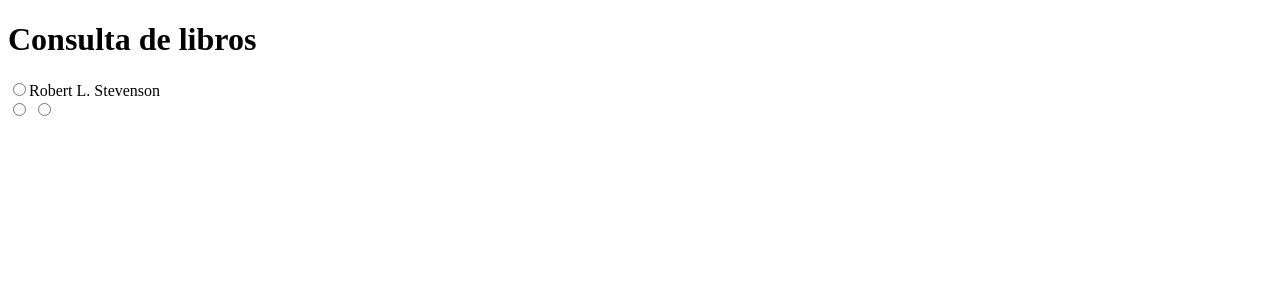
Repository: RaulWhite/javaEE
Page: Libreria/WebContent/index.html
These files come from the project's save history. The page is drawn as it stood at one moment and after the next save; the edit follows.
The browser window is 1280 px wide. The pictures show the whole page.

Above is the page before, as saved 2017-02-20 19:30:44.

After the next save:
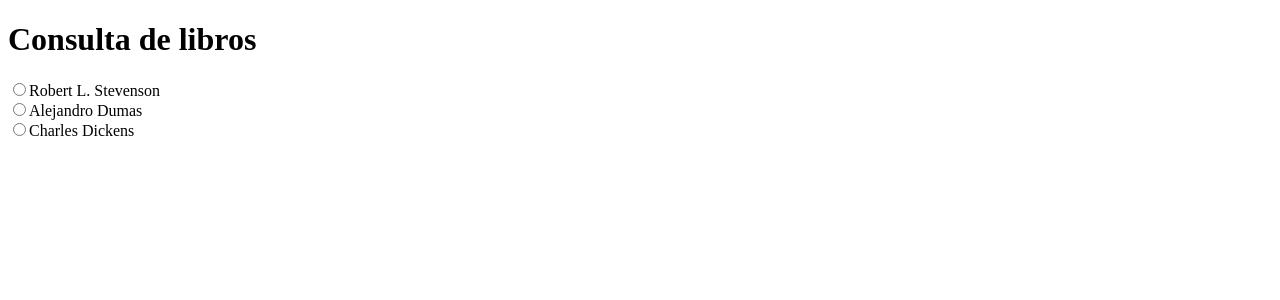
Saved 23 s later.
--- a/Libreria/WebContent/index.html
+++ b/Libreria/WebContent/index.html
@@ -8,8 +8,8 @@
 		<h1>Consulta de libros</h1>
 		<form action="/Libreria/consulta">
 			<input type="radio" value="Robert L. Stevenson">Robert L. Stevenson<br>
-			<input type="radio" value="Alejandro Dumas">
-			<input type="radio" value="Charles Dickens">
+			<input type="radio" value="Alejandro Dumas">Alejandro Dumas<br>
+			<input type="radio" value="Charles Dickens">Charles Dickens<br>
 		</form>
 	</body>
 </html>
